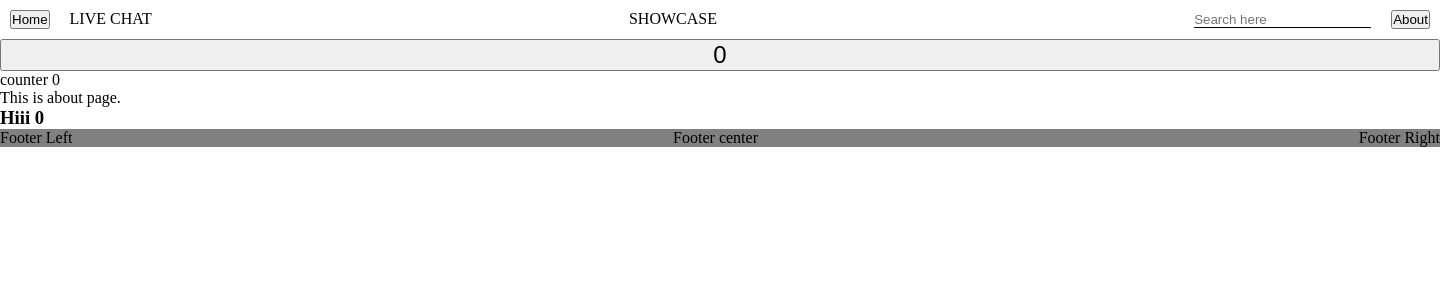
Repository: kapskadiya/ReactJS-NextJs-ExpressJs
Page: /about
These files come from the project's save history. The page is drawn as it stood at one moment and after the next save; the edit follows.
The browser window is 1280 px wide. The page is 1440 px wide, so the pictures cover 1440 px, including what lies to the right of the window. The pictures show the whole page.
The project was rebuilt for these pictures with package versions that can differ from the ones it lists, and the page was loaded fresh each time. The framework's server and built-in components were replaced by stand-ins that run in the browser. Also part of the build but not shown: next.config.js, components/SideBar.js, components/Main.js, components/MyContext.js, components/Child.js, components/Parent.js.

Above is the page before, as saved 2019-05-29 13:22:21.

After the next save:
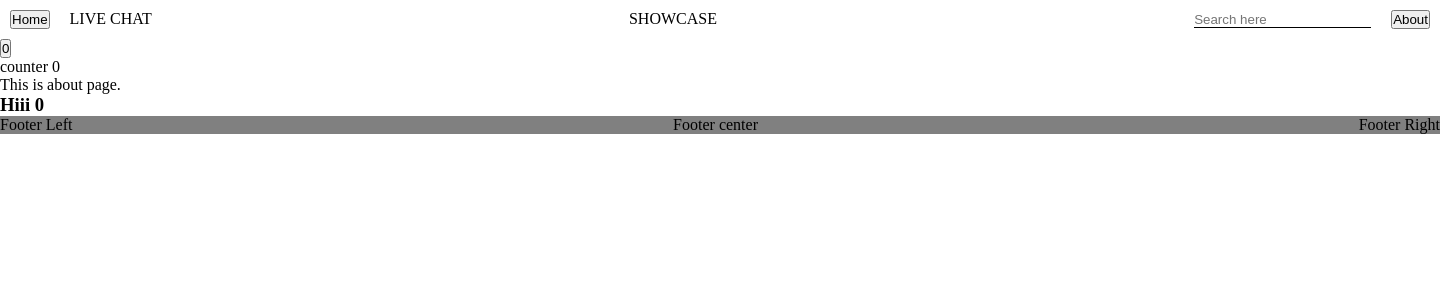
Saved 8 s later.
--- a/components/Counter.js
+++ b/components/Counter.js
@@ -7,7 +7,6 @@ const Input = ({ value, onClick }) => (
     type="button"
     value={value}
     onClick={event => onClick({ value: event.target.value })}
-    style={{ width: "100%", fontSize: "1.5em" }}
   />
   );
 class Counter extends Component {
